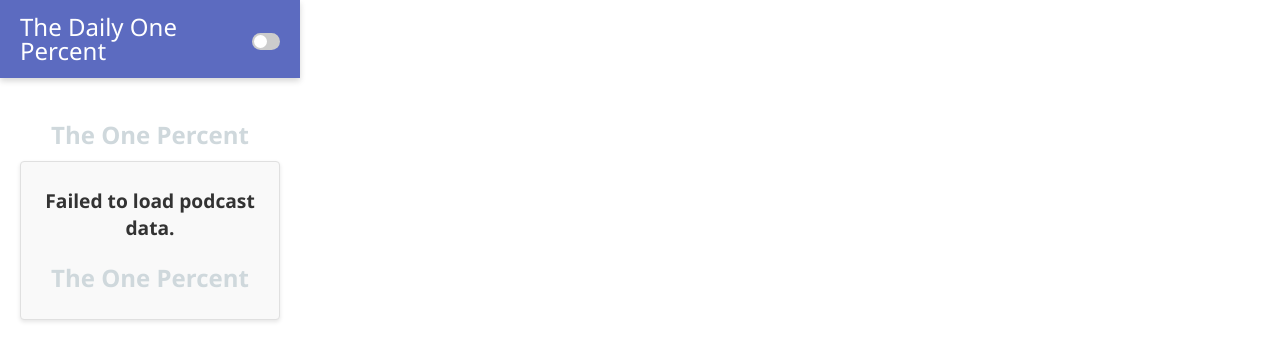
Repository: fechinmitchell/thedailyonepercent
Page: popup.html
The author's editor kept a copy of each file at every save. The page is drawn from the files as they stood at one save, then again after the next save.
The browser window is 1280 px wide. The pictures show the whole page.
The page's requests for data from a server got no answer.

Above is the page before, as saved 2023-12-22 11:10:41.

After the next save:
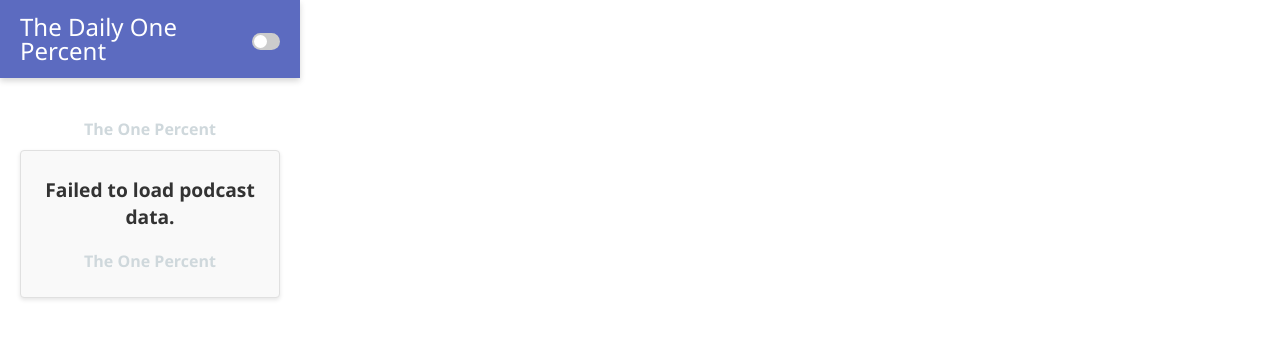
Saved 6 s later.
--- a/popup.css
+++ b/popup.css
@@ -131,7 +131,7 @@ body {
 }
 
 .section-heading {
-  font-size: 1.5em;
+  font-size: 1em;
   color: #CFD8DC;
   margin-top: 20px;
   margin-bottom: 10px;
